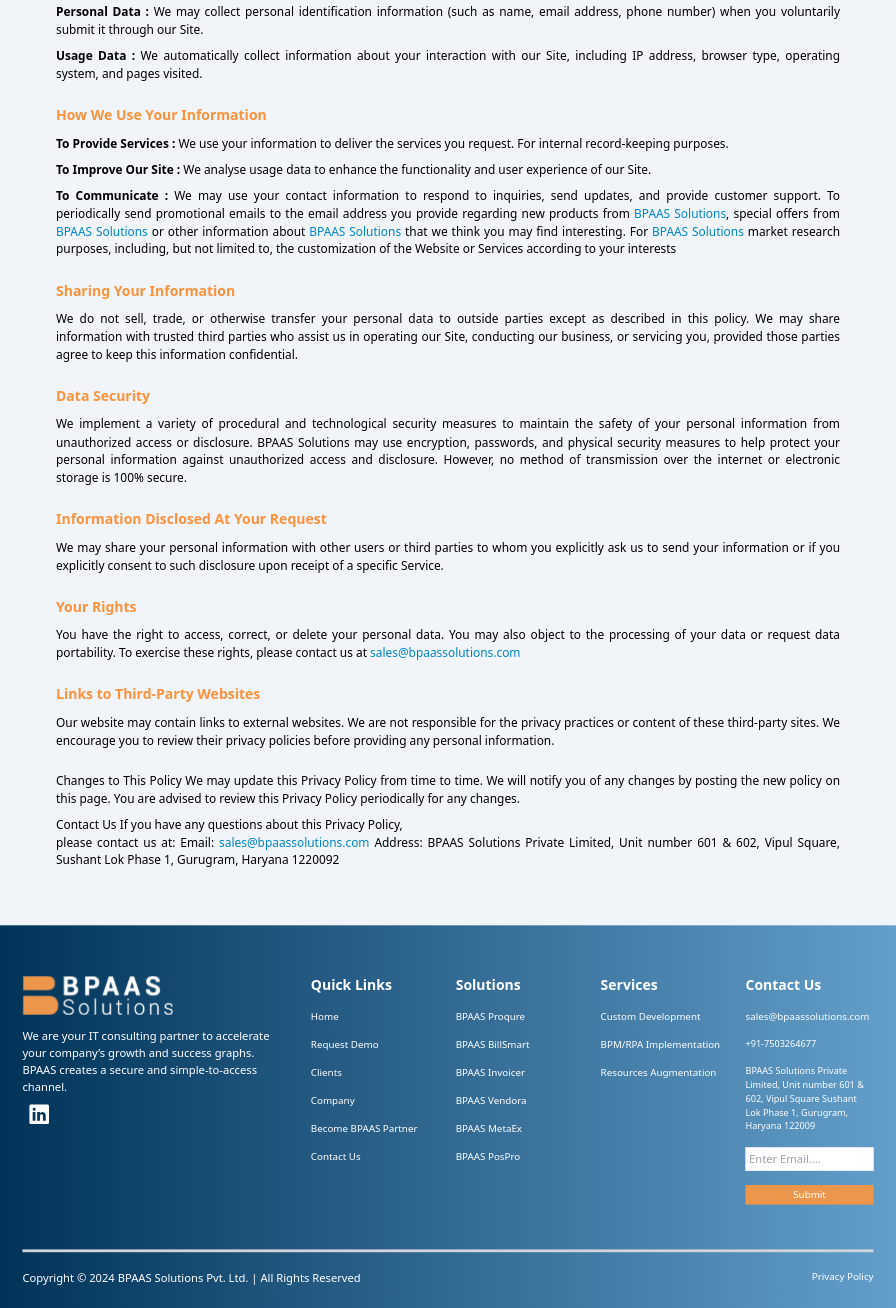
Repository: captainalpha/BP-Website
Page: /services/bp-services
An editor plug-in stored every save of this project. The page is shown before and after the next save, followed by the edit.
The browser window is 1280 px wide. The pictures show the part of the page from y = 1057 to 2977 px (the page is 2926 px tall before and 2977 px after), at 70% of full size.
The project was rebuilt for these pictures with package versions that can differ from the ones it lists, and the page was loaded fresh each time. The framework's server and built-in components were replaced by stand-ins that run in the browser. Also part of the build but not shown: next.config.js, components/common/TopBanner.js, components/common/SectionHeader.js.

Above is the page before, as saved 2024-08-13 16:08:00.

After the next save:
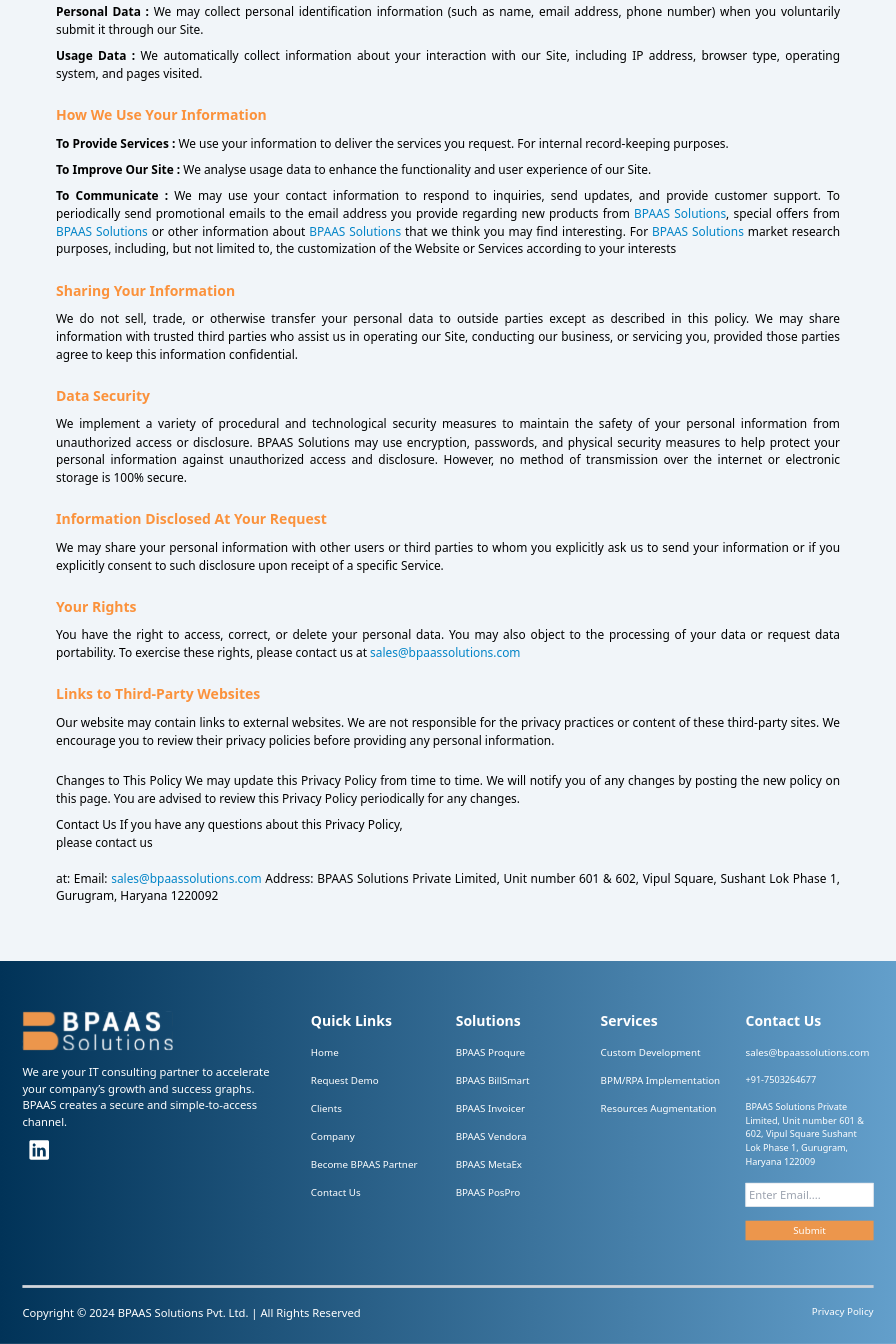
Saved 14 s later.
--- a/pages/services/bp-services.js
+++ b/pages/services/bp-services.js
@@ -199,7 +199,8 @@
             </p>
             <p className="text-[17px] text-justify mt-3">
               Contact Us If you have any questions about this Privacy Policy,<br/>
-              please contact us at: Email:{" "}
+              please contact us
+              <br/><br/> at: Email:{" "}
               <a
                 className="text-sky-600 hover:text-[#fb923c]"
                 href="mailto:sales@bpaassolutions.com"

After the save that followed:
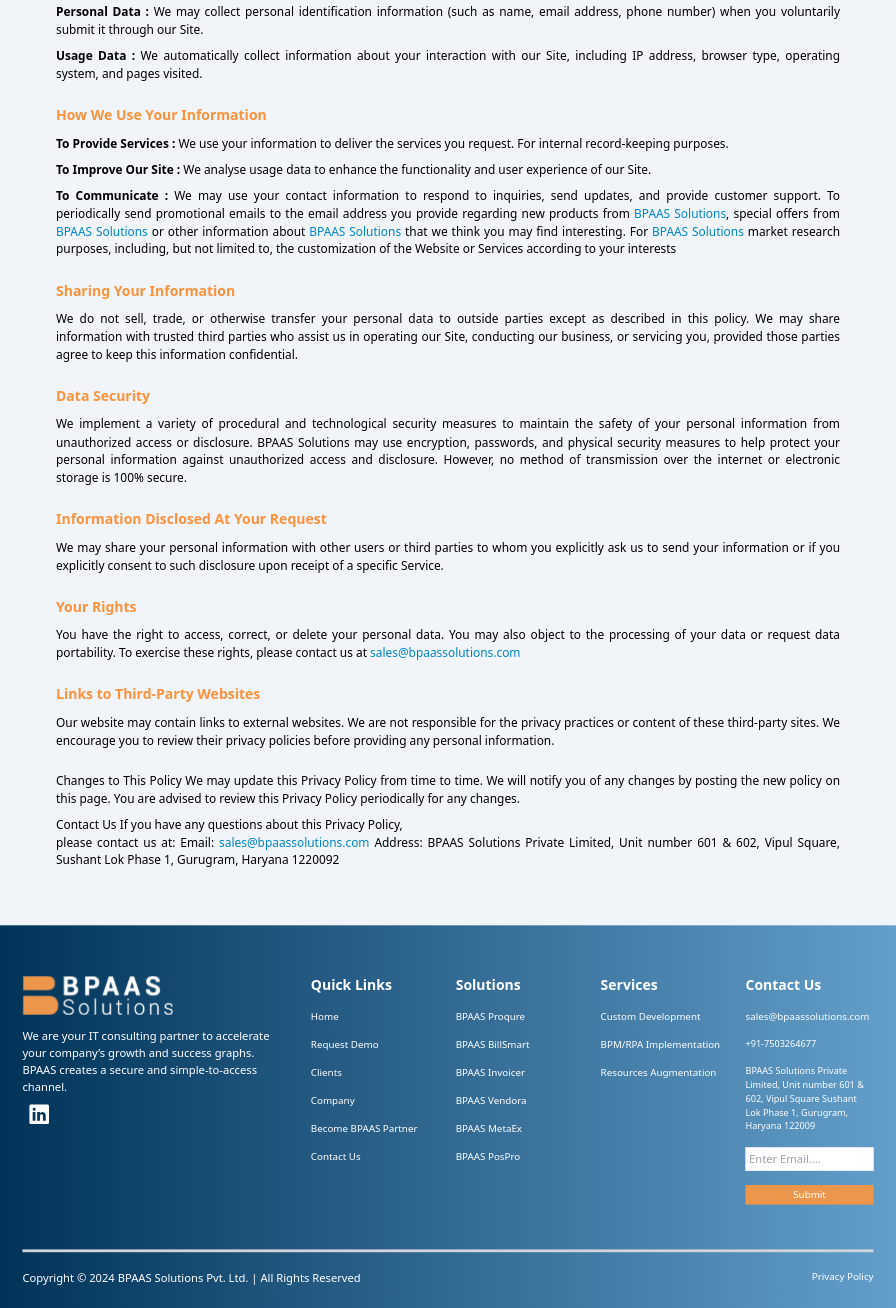
Saved 16 s later.
--- a/pages/services/bp-services.js
+++ b/pages/services/bp-services.js
@@ -200,7 +200,7 @@
             <p className="text-[17px] text-justify mt-3">
               Contact Us If you have any questions about this Privacy Policy,<br/>
               please contact us
-              <br/><br/> at: Email:{" "}
+               at: Email:{" "}
               <a
                 className="text-sky-600 hover:text-[#fb923c]"
                 href="mailto:sales@bpaassolutions.com"
